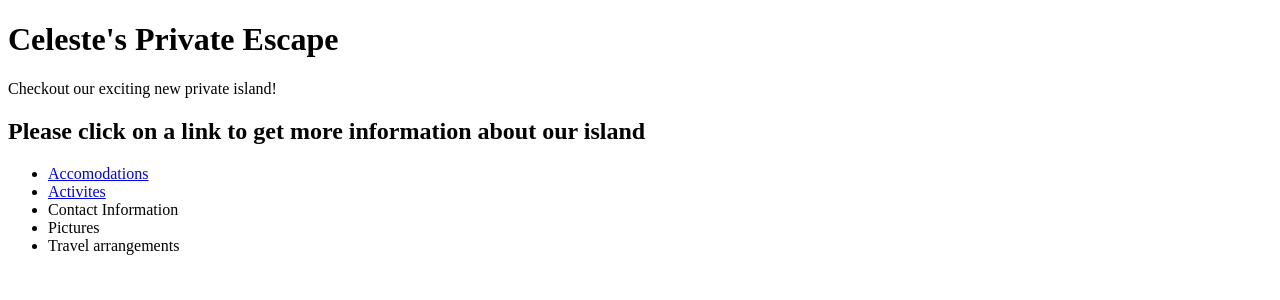
Repository: fieldceleste/island-resort
Page: island-resort.html
These files come from the project's save history. The page is drawn as it stood at one moment and after the next save; the edit follows.
The browser window is 1280 px wide. The pictures show the whole page.

Above is the page before, as saved 2019-10-27 16:27:34.

### island-resort.html
<!DOCTYPE html>
<html>
<body>
 <title>Celeste's Paradise Island</title>
<h1>Celeste's Private Escape</h1>

<p>Checkout our exciting new private island!</p>

<h2>Please click on a link to get more information about our island</h2>
<p>
<ul>
  <li><a href="file:///Users/apple/Desktop/island-resort/accomodations.html">Accomodations</a></li>
  <li><a href="file:///Users/apple/Desktop/island-resort/activites.html">Activites</a></li>
  <li>Contact Information</li>
  <li>Pictures</li>
  <li>Travel arrangements</li>
</ul>

</p>
</body>
</html>

After the next save:
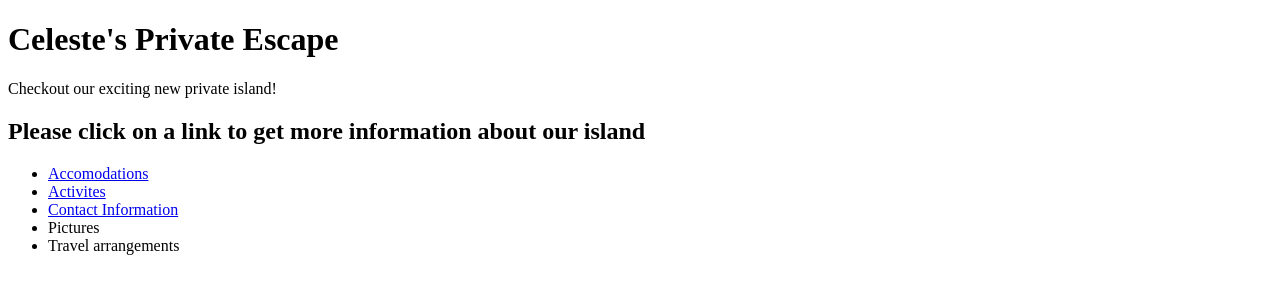
Saved 49 s later.
--- a/island-resort.html
+++ b/island-resort.html
@@ -11,7 +11,7 @@
 <ul>
   <li><a href="file:///Users/apple/Desktop/island-resort/accomodations.html">Accomodations</a></li>
   <li><a href="file:///Users/apple/Desktop/island-resort/activites.html">Activites</a></li>
-  <li>Contact Information</li>
+  <li><a href="file:///Users/apple/Desktop/island-resort/contact-information.html">Contact Information</a></li>
   <li>Pictures</li>
   <li>Travel arrangements</li>
 </ul>
